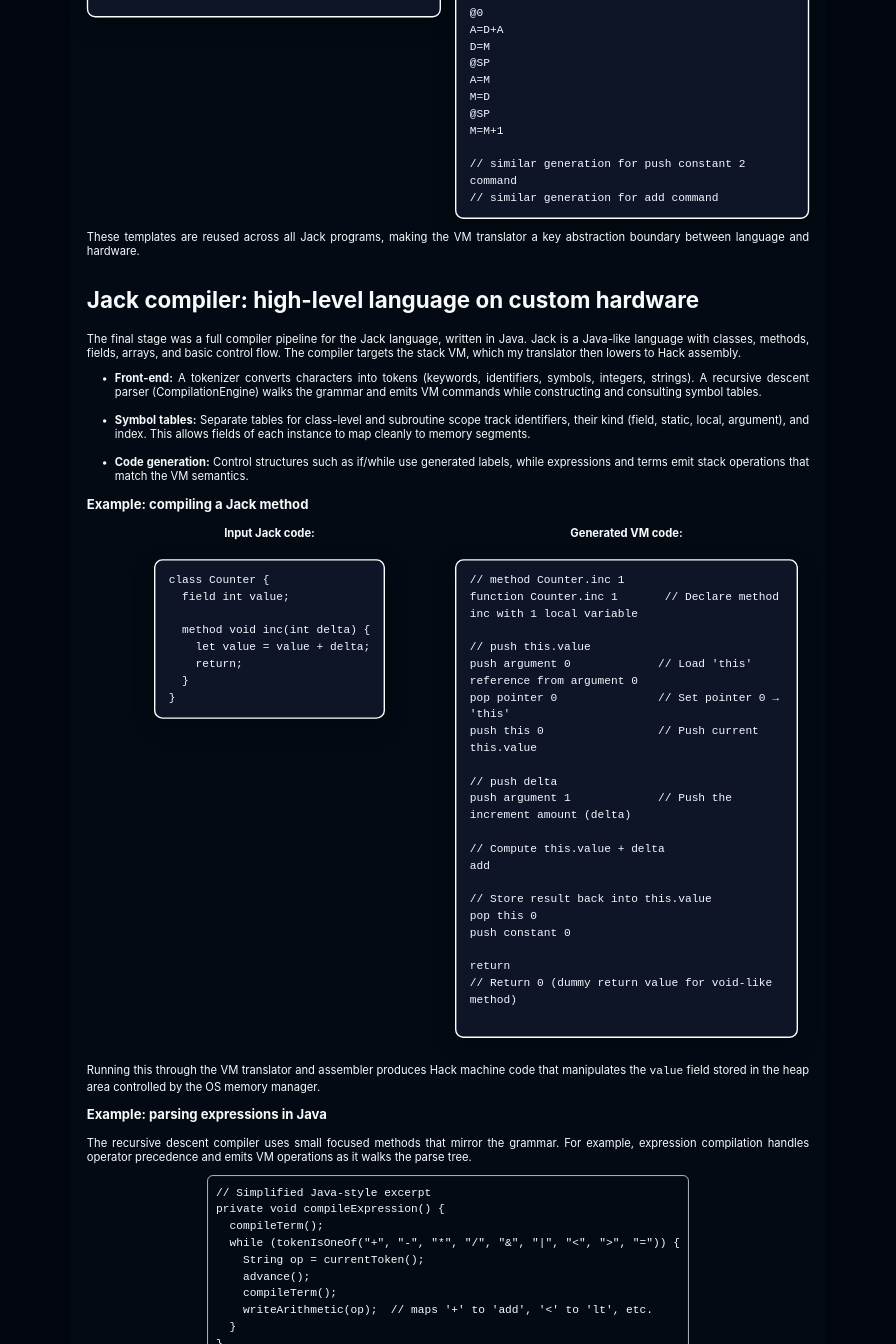
Repository: Abdulaziz-04/Abdulaziz-04.github.io
Page: deepdives/backend_systems/nand2tetris/nand2tetris.html
These files come from the project's save history. The page is drawn as it stood at one moment and after the next save; the edit follows.
The browser window is 1280 px wide. The pictures show the part of the page from y = 3787 to 5707 px (the page is 6475 px tall), at 70% of full size.

Above is the page before, as saved 2025-11-20 21:50:40.

### deepdives/backend_systems/nand2tetris/nand2tetris.html
<!DOCTYPE html>
<html lang="en">
  <head>
    <meta charset="UTF-8" />
    <meta name="viewport" content="width=device-width, initial-scale=1" />
    <title>
      From Nand to Tetris: Building a Computer and Compiler from Scratch
    </title>
    <link rel="stylesheet" href="../../../assets/css/styles.css" />
    <style>
      .project-detail-page pre,
      .project-detail-page code {
        font-size: 1rem;
        line-height: 1.5;
      }

      .project-detail-page pre {
        display: flex;
        justify-content: center;
        margin: 1.25rem auto;
      }

      .project-detail-page pre code {
        display: inline-block;
        text-align: left;
      }

      .code-pair {
        display: grid;
        grid-template-columns: repeat(2, minmax(0, 1fr));
        gap: 1.25rem;
        align-items: start;
        justify-items: center;
        max-width: 1000px;
        margin: 0 auto;
      }

      .code-pair > div {
        display: flex;
        flex-direction: column;
        gap: 0.5rem;
        align-items: center;
      }

      .code-pair p {
        margin: 0;
        text-align: center;
        width: 100%;
      }

      .code-bordered {
        border: 1px solid #ffffff;
        border-radius: 8px;
        padding: 0.75rem;
        display: block;
        width: fit-content;
        max-width: 100%;
        margin: 0.75rem auto;
      }

      .project-detail-page pre.code-bordered {
        margin: 0 auto 1.25rem;
        justify-content: flex-start;
      }

      .code-card {
        color: #f6f8ff;
        border: 2px solid #3b4a6d;
        border-radius: 12px;
        padding: 1rem 1.2rem;
        background: #0d1526;
        box-shadow: 0 10px 32px rgba(0, 0, 0, 0.24);
        display: flex;
        flex-direction: column;
        gap: 0.5rem;
        width: 100%;
        max-width: 520px;
      }

      .code-card pre {
        display: block;
        margin: 0;
      }

      .code-card pre code {
        display: block;
        text-align: left;
      }

      .code-card__title {
        margin: 0;
        font-weight: 700;
        text-align: left;
      }

      .code-card code {
        display: block;
        white-space: pre-wrap;
        word-break: break-word;
        width: 100%;
      }

      .code-card.vm-block,
      .code-card.asm-block {
        border-color: #ffffff;
      }

      .code-grid {
        display: grid;
        grid-template-columns: repeat(2, minmax(0, 1fr));
        gap: 1.25rem;
        align-items: start;
        justify-items: center;
        max-width: 1100px;
        margin: 0 auto;
      }

      .asm-columns {
        display: grid;
        grid-template-columns: repeat(auto-fit, minmax(220px, 1fr));
        gap: 0.75rem;
        align-items: start;
      }

      .asm-columns pre {
        margin: 0;
        padding: 0;
        border: none;
        background: transparent;
      }

      .asm-columns pre code {
        display: block;
        white-space: pre;
        width: 100%;
      }
    </style>
  </head>

  <body class="project-detail-page">
    <header class="detail-hero">
      <a
        class="category-back"
        href="../../../projects/compiler-blockchain.html"
      >
        &larr; Back to Projects
      </a>

      <p
        class="category-pill"
        onclick="window.location.href='../../../projects/compiler-blockchain.html'"
      >
        Backend &amp; Distributed Logic
      </p>
      <br />
      <h1>
        From Nand to Tetris: Building a Computer and Compiler from Scratch
      </h1>

      <p class="detail-summary">
        <b>
          Two–part systems project where I built a full 16-bit computer,
          assembler, virtual machine, and compiler from primitive NAND gates.
          The stack ends in a high-level programming language called Jack that
          runs on the hardware I designed using an emulator.
        </b>
      </p>

      <p class="detail-summary">
        I completed all projects for both Coursera courses
        <i>“Build a Modern Computer from First Principles: Part 1 and Part 2”</i
        >, submitted every assignment, scored <b>98%</b> overall, and earned
        both certifications.
      </p>

      <ul class="detail-meta">
        <li>
          <strong>Tech Stack:</strong>
          Hardware Description Language (HDL), Hack assembly, Jack language,
          Java (assembler, VM translator, compiler), shell tooling, hardware and
          VM emulators
        </li>
      </ul>
    </header>

    <main class="section detail-content">
      <!-- HERO IMAGE -->
      <section class="detail-section detail-hero-gif">
        <figure class="gallery-item gallery-item--wide">
          <img
            src="./images/nand2tetris_intro.png"
            alt="Hardware and software hierarchy from NAND gate up to high level language"
            style="display: block; margin: 0 auto; max-width: 90%; height: auto"
          />
          <figcaption style="text-align: center">
            The full stack I implemented: from a single NAND gate to logic
            chips, CPU, assembler, VM, and Jack compiler running user programs.
          </figcaption>
        </figure>
      </section>

      <!-- QUICK INSIGHTS -->
      <section class="detail-section">
        <h2>Quick insights</h2>
        <ul class="psr-list">
          <li>
            <strong>Goal:</strong>
            Design a full computer system from the logic-gate level and build a
            usable high-level programming language called Jack with it's own
            compiler and toolchain that runs games and apps on that hardware.
          </li>
          <br />
          <li>
            <strong>Scope:</strong>
            Implemented over <b>30+</b> hardware chips in HDL, a
            <b>16-bit Hack CPU and memory system</b>, a two-stage software stack
            (assembler and VM translator), and a multi-pass Jack compiler.
          </li>
          <br />
          <li>
            <strong>Outcome:</strong>
            The final system runs full Jack programs such as Tetris and a simple
            operating system (arrays, math library, memory manager), compiled by
            my Java tools from Jack to machine language that executes on the
            hardware I built (via emulation).
          </li>
        </ul>
      </section>

      <!-- HARDWARE PLATFORM -->
      <section class="detail-section">
        <h2>Hardware platform: from NAND to a 16-bit computer</h2>
        <p>
          Part 1 focused on creating the hardware stack using the course HDL.
          Starting from a single NAND primitive, I implemented combinational and
          sequential chips and composed them into a usable computer.
        </p>

        <ul>
          <li>
            <b>Core logic:</b> Built gates such as NOT, AND, OR, MUX, and
            adders, then composed them into an <b>ALU</b> (Arithmetic Logic
            Unit) supporting arithmetic, bitwise operations, and zero/negative
            flags.
          </li>
          <br />
          <li>
            <b>Stateful components:</b> Implemented Register, RAM8/64/4K/16K,
            counters, and a screen-mapped memory unit using flip-flops and
            clocked logic.
          </li>
          <br />
          <li>
            <b>CPU and computer:</b> Wired the ALU (Arithmetic Logic Unit),
            registers, and instruction decoder into a Hack CPU supporting
            A-instruction and C-instruction i.e. Address and Compute
            instructions plus conditional jumps, then added ROM and memory to
            form the complete computer chip.
          </li>
        </ul>

        <h3>Example: ALU snippet and behavior</h3>
        <p>
          The ALU combines configurable input negation, zeroing, and function
          selection. Here is a simplified HDL excerpt (names adjusted for
          brevity):
        </p>

        <pre class="code-bordered"><code>// Simplified ALU style HDL
CHIP ALU {
  IN  x[16], y[16],
      zx, nx, zy, ny, f, no;
  OUT out[16], zr, ng;

  PARTS:
  Mux16(a=x, b=false, sel=zx, out=xz);
  Not16(in=xz, out=xn);
  Mux16(a=xz, b=xn, sel=nx, out=x1);

  Mux16(a=y, b=false, sel=zy, out=yz);
  Not16(in=yz, out=yn);
  Mux16(a=yz, b=yn, sel=ny, out=y1);

  Add16(a=x1, b=y1, out=sum);
  And16(a=x1, b=y1, out=andv);
  Mux16(a=andv, b=sum, sel=f, out=out0);

  Not16(in=out0, out=out1);
  Mux16(a=out0, b=out1, sel=no, out=out);

  Or16Way(in=out, out=any);
  Not(in=any, out=zr);
  And(in=out[15], in2=true, out=ng);
}</code></pre>

        <p>
          With these control bits, higher-level instructions like D=D+M or M=!M
          are implemented simply by choosing the correct input parameter
          combination.
        </p>
      </section>

      <!-- ASSEMBLER -->
      <section class="detail-section">
        <h2>Assembler: Hack assembly to machine code</h2>
        <p>
          Once the computer chip worked in simulation, I wrote a two-pass
          assembler in Java for the Hack assembly language. It resolves labels
          and variables, then emits 16-bit binary instructions.
        </p>

        <ul>
          <li>
            <b>Two-pass design:</b> First pass scans labels (for example,
            <code>(LOOP)</code>) and records their ROM addresses. Second pass
            encodes A and C instructions into their binary form.
          </li>
          <br />
          <li>
            <b>Symbol table:</b> Pre-populated with predefined registers
            (R0–R15), pointers (SP, LCL, ARG), screen and keyboard addresses,
            then extended with user variables starting at address 16.
          </li>
        </ul>

        <h3>Assembler encoding example</h3>

        <div class="code-pair">
          <div>
            <p><b>Input assembly:</b></p>
            <pre class="code-card vm-block"><code>// Simple loop
@i
M=1
(LOOP)
  @i
  M=M+1
  @10
  D;JLT
  @LOOP
  0;JMP</code></pre>
          </div>

          <div>
            <p><b>Generated machine code:</b></p>
            <pre
              class="code-card asm-block"
            ><code>0000000000010000   // @i (allocated at 16)
1110111111001000   // M=1
0000000000010000   // @i
1111110111011000   // M=M+1
0000000000001010   // @10
1110001100000100   // D;JLT
0000000000000010   // @LOOP (ROM address 2)
1110101010000111   // 0;JMP</code></pre>
          </div>
        </div>

        <p>
          Running this binary on the hardware simulator shows the register and
          RAM state changing as expected, proving the assembler and CPU agree on
          the instruction set.
        </p>
      </section>

      <!-- VM TRANSLATOR -->
      <section class="detail-section">
        <h2>VM translator: stack machine to Hack assembly</h2>
        <p>
          Part 2 starts the software hierarchy. I implemented a VM translator in
          Java that converts a high-level stack-based VM language into Hack
          assembly. This layer decouples Jack from the hardware and introduces
          function calls and static segments.
        </p>

        <ul>
          <li>
            <b>Arithmetic and logic:</b> Commands such as <code>add</code>,
            <code>sub</code>, <code>eq</code>, <code>lt</code>, and
            <code>gt</code> pop values from the stack, compute, and push results
            using small assembly templates.
          </li>
          <br />
          <li>
            <b>Memory segments:</b> Implemented pointer logic for
            <code>local</code>, <code>argument</code>, <code>this</code>,
            <code>that</code>, <code>temp</code>, <code>pointer</code>, and
            <code>static</code> segments.
          </li>
          <br />
          <li>
            <b>Functions and calls:</b> Implemented call frames following the
            Hack VM spec: save caller state, set ARG and LCL, jump to callee,
            and restore on return.
          </li>
        </ul>

        <h3>VM to assembly example</h3>

        <div class="code-grid">
          <div class="code-card vm-block">
            <p class="code-card__title">Input VM snippet:</p>
            <pre><code>function Simple.addTwo 0
push argument 0
push constant 2
add
return</code></pre>
          </div>

          <div class="code-card asm-block" style="grid-column: span 1">
            <p class="code-card__title">Generated Hack assembly (excerpt):</p>
            <pre><code>// function Simple.addTwo 0
(Simple.addTwo)
// full generation for "push argument 0"
@ARG
D=M
@0
A=D+A
D=M
@SP
A=M
M=D
@SP
M=M+1

// similar generation for push constant 2 command
// similar generation for add command
</code></pre>
          </div>
        </div>

        <p>
          These templates are reused across all Jack programs, making the VM
          translator a key abstraction boundary between language and hardware.
        </p>
      </section>

      <!-- JACK COMPILER -->
      <section class="detail-section">
        <h2>Jack compiler: high-level language on custom hardware</h2>
        <p>
          The final stage was a full compiler pipeline for the Jack language,
          written in Java. Jack is a Java-like language with classes, methods,
          fields, arrays, and basic control flow. The compiler targets the stack
          VM, which my translator then lowers to Hack assembly.
        </p>

        <ul>
          <li>
            <b>Front-end:</b> A tokenizer converts characters into tokens
            (keywords, identifiers, symbols, integers, strings). A recursive
            descent parser (CompilationEngine) walks the grammar and emits VM
            commands while constructing and consulting symbol tables.
          </li>
          <br />
          <li>
            <b>Symbol tables:</b> Separate tables for class-level and subroutine
            scope track identifiers, their kind (field, static, local,
            argument), and index. This allows fields of each instance to map
            cleanly to memory segments.
          </li>
          <br />
          <li>
            <b>Code generation:</b> Control structures such as if/while use
            generated labels, while expressions and terms emit stack operations
            that match the VM semantics.
          </li>
        </ul>

        <h3>Example: compiling a Jack method</h3>

        <div class="code-pair">
          <div>
            <p><b>Input Jack code:</b></p>
            <pre class="code-card vm-block"><code>class Counter {
  field int value;

  method void inc(int delta) {
    let value = value + delta;
    return;
  }
}</code></pre>
          </div>
          <div>
            <p><b>Generated VM code:</b></p>
            <pre class="code-card asm-block"><code>// method Counter.inc 1
function Counter.inc 1       // Declare method inc with 1 local variable

// push this.value
push argument 0             // Load 'this' reference from argument 0
pop pointer 0               // Set pointer 0 → 'this'
push this 0                 // Push current this.value

// push delta
push argument 1             // Push the increment amount (delta)

// Compute this.value + delta
add

// Store result back into this.value
pop this 0
push constant 0

return
// Return 0 (dummy return value for void-like method)
  </code></pre>
          </div>
        </div>

        <p>
          Running this through the VM translator and assembler produces Hack
          machine code that manipulates the <code>value</code> field stored in
          the heap area controlled by the OS memory manager.
        </p>

        <h3>Example: parsing expressions in Java</h3>
        <p>
          The recursive descent compiler uses small focused methods that mirror
          the grammar. For example, expression compilation handles operator
          precedence and emits VM operations as it walks the parse tree.
        </p>

        <pre class="code-bordered"><code>// Simplified Java-style excerpt
private void compileExpression() {
  compileTerm();
  while (tokenIsOneOf("+", "-", "*", "/", "&amp;", "|", "&lt;", "&gt;", "=")) {
    String op = currentToken();
    advance();
    compileTerm();
    writeArithmetic(op);  // maps '+' to 'add', '&lt;' to 'lt', etc.
  }
}</code></pre>

        <p>
          This design keeps the compiler readable and makes it easy to trace
          from Jack source through VM and assembly when debugging.
        </p>
      </section>

      <!-- END-TO-END PIPELINE -->
      <section class="detail-section">
        <h2>End-to-end pipeline and final programs</h2>
        <p>
          With the full pipeline in place, I compiled and ran several Jack
          applications, including the supplied Tetris, a simple OS API, and my
          own small programs that manipulate memory, draw graphics, and handle
          keyboard input.
        </p>

        <ul>
          <li>
            <b>End-to-end flow:</b> Jack source (User Input Programming
            Language) → Java Compiler → VM code → Java VM translator → Hack
            assembly → Java assembler → 16-bit machine code → executed on the
            computer emulated from NAND gates. The Compiler, VM translator and
            assembler were built from scratch in Java.
          </li>
          <br />
          <li>
            <b>Debugging:</b> Used the hardware and VM simulators to step
            through instructions, inspect RAM and stack, and validate that
            higher-level bugs were not caused by lower-level hardware mistakes.
          </li>
        </ul>
      </section>

      <!-- IMPACT & LEARNINGS -->
      <section class="detail-section detail-impact">
        <h2>Impact and learnings</h2>
        <ul>
          <li>
            <b>Systems thinking:</b> Gained a concrete understanding of how
            compilers, virtual machines, and hardware interact, instead of
            treating them as black boxes.
          </li>
          <br />
          <li>
            <b>Compiler and language design:</b> Implemented a real compiler
            front-end and back-end, including lexical analysis, parsing, symbol
            tables, and code generation for a custom language.
          </li>
          <br />
          <li>
            <b>Hardware intuition:</b> Designing the ALU, CPU, and memory from
            primitive gates sharpened my intuition for performance, instruction
            set design, and the cost of different operations.
          </li>
          <br />
          <li>
            <b>Reliability through abstraction:</b> Each layer (HDL chips,
            assembler, VM, compiler) had a clear contract and test suite, which
            made debugging manageable despite how much was built from scratch.
          </li>
        </ul>
      </section>
    </main>
  </body>
</html>

Loaded but not shown: assets/css/styles.css (941 lines, source omitted)

After the next save:
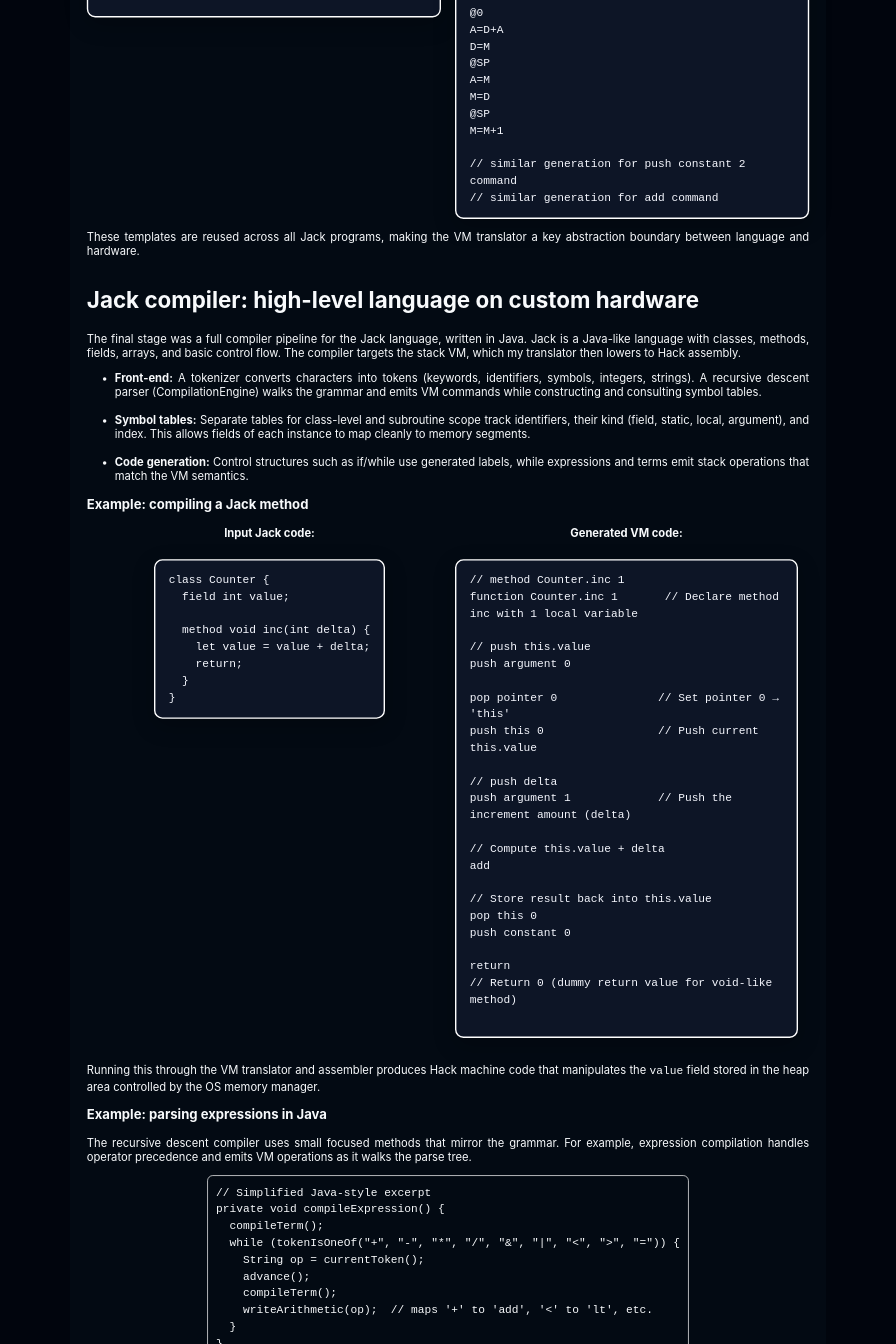
Saved 73 s later.
--- a/deepdives/backend_systems/nand2tetris/nand2tetris.html
+++ b/deepdives/backend_systems/nand2tetris/nand2tetris.html
@@ -486,7 +486,8 @@ M=M+1
 function Counter.inc 1       // Declare method inc with 1 local variable
 
 // push this.value
-push argument 0             // Load 'this' reference from argument 0
+push argument 0
+
 pop pointer 0               // Set pointer 0 → 'this'
 push this 0                 // Push current this.value
 
